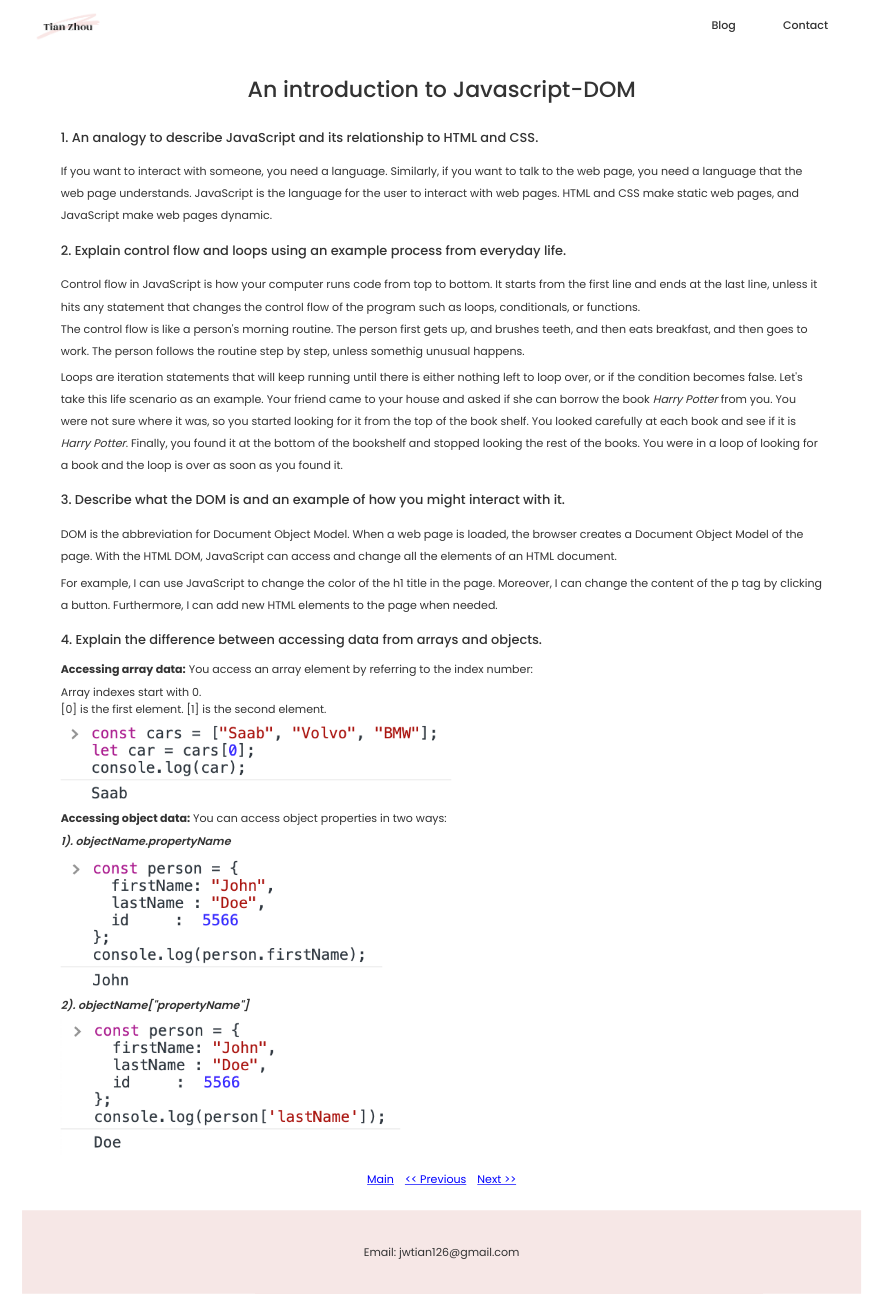
Repository: Tiaanz/Tiaanz.github.io
Page: blog/javascript-dom.html
An editor plug-in stored every save of this project. The page is shown before and after a run of saves, followed by the edit.
The browser window is 1280 px wide. The pictures show the whole page, at 69% of full size.

Above is the page before, as saved 2023-01-25 16:53:49.

After the next 3 saves:
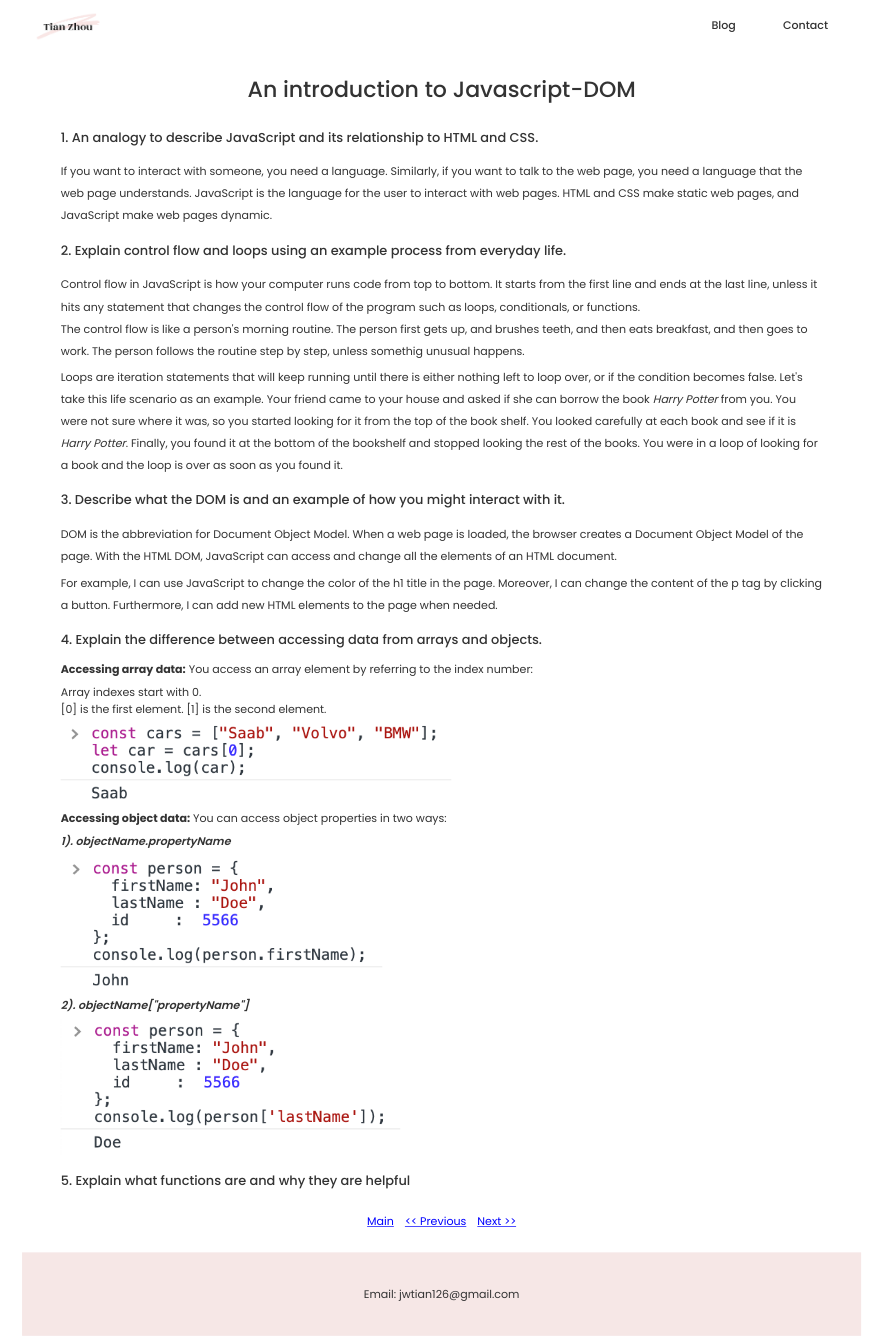
The 3 saves are shown as one change because they came seconds apart.
The last was saved 36 s later.
--- a/blog/javascript-dom.html
+++ b/blog/javascript-dom.html
@@ -68,6 +68,7 @@
                 <li style="font-weight:600"><i>2). objectName["propertyName"]</i></li>
                 <li><img src="../images/object2.png" alt="object"></li>
             </ul>
+            <h3>5. Explain what functions are and why they are helpful</h3>
             <div class="page-nav">
                 <a href="../index.html">Main</a>
                 <a href="./learning-plan.html"> &lt&lt Previous</a>
